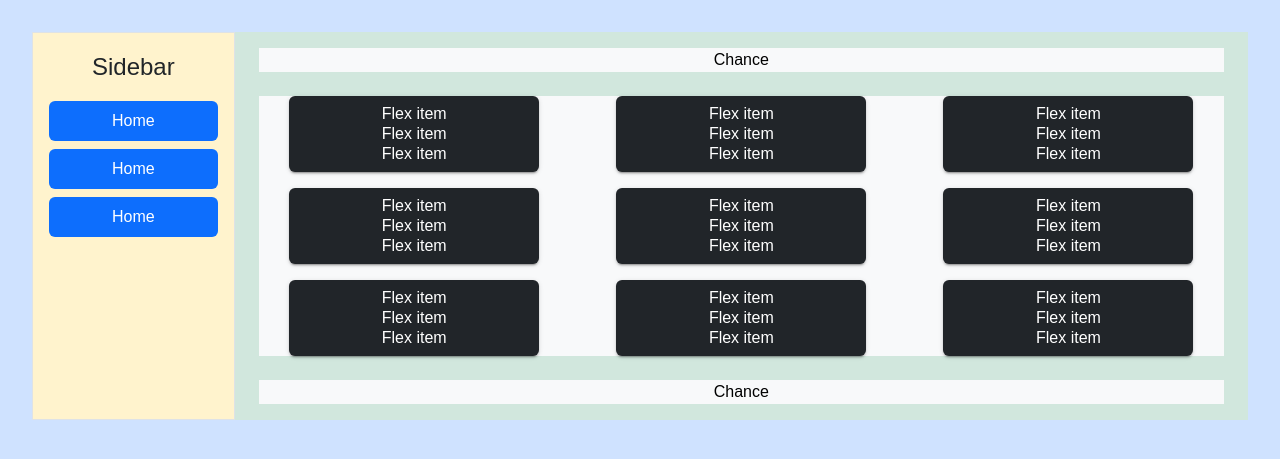
Repository: chancellor-w-whitaker/bec-tab
Page: /
These files come from the project's save history. The page is drawn as it stood at one moment and after the next save; the edit follows.
The browser window is 1280 px wide. The pictures show the whole page.
Some web fonts or font styles are not loaded; a fallback is used. The project was rebuilt for these pictures with package versions that can differ from the ones it lists, and the page was loaded fresh each time. Also part of the build but not shown: vite.config.js.

Above is the page before, as saved 2024-01-07 01:48:03.

After the next save:
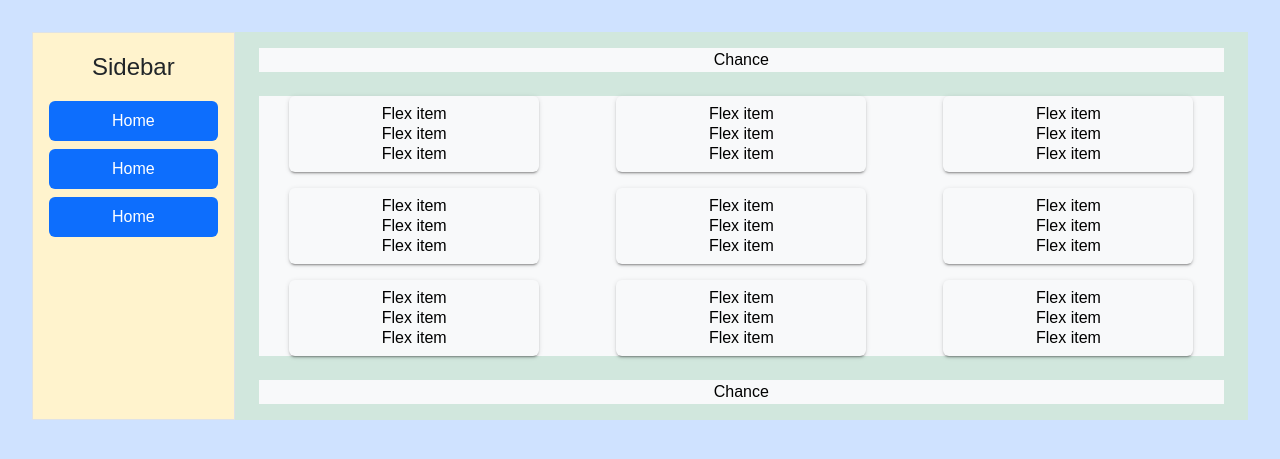
Saved 15 s later.
--- a/src/App.jsx
+++ b/src/App.jsx
@@ -16,7 +16,7 @@ const Card = ({ width = 250 }) => {
   return (
     <>
       <div
-        className="p-2 rounded text-bg-dark text-center lh-sm shadow-sm"
+        className="p-2 rounded text-center lh-sm shadow-sm"
         style={{ width }}
       >
         <div>Flex item</div>
